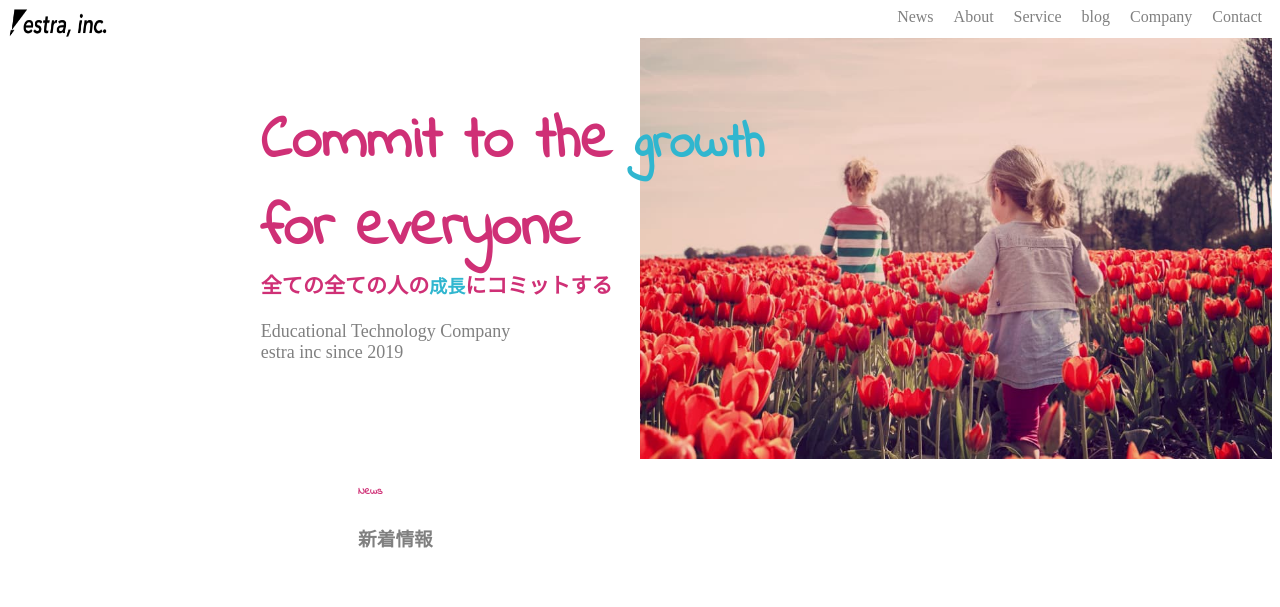
Repository: sigemasaasuka/20210902
Page: index.html
These files come from the project's save history. The page is drawn as it stood at one moment and after the next save; the edit follows.
The browser window is 1280 px wide. The pictures show the whole page.

Above is the page before, as saved 2021-09-09 13:01:19.

### index.html
<!DOCTYPE html>
<html lang="ja">

<head>
  <meta charset="UTF-8">
  <meta name="viewport" content="width=device-width, initial-scale=1.0">
  <title>Document</title>
  <link rel="stylesheet" href="css/style.css">
  <link rel="stylesheet" href="css/reset.css">
  <link rel="preconnect" href="https://fonts.googleapis.com">
  <link rel="preconnect" href="https://fonts.gstatic.com" crossorigin>
  <link href="https://fonts.googleapis.com/css2?family=Indie+Flower&display=swap" rel="stylesheet">
</head>

<body>
  <div class="flex">
    <img src="img/img/estra_logo.png" alt="estra_logo" width="100px" height="30px">
    <div class="parent">
      <div class="child">News</div>
      <div class="child">About</div>
      <div class="child">Service</div>
      <div class="child">blog</div>
      <div class="child">Company</div>
      <div class="child">Contact</div>

    </div>
  </div>
  <div class="relative">
    <img class="relative__img" src="img/img/firstview.jpg" alt="firstview">
    <div class="example">
      <h1>Commit to the <span class="document"> growth</span> <br>for everyone</h1>
    </div>
      <div class="second">
        <h3>全ての全ての人の<span class="second-txt">成長</span>にコミットする</h3>
        <p class="subtitle">Educational Technology Company<br>estra inc since 2019</p>
      </div>
    </div>
    <div class="smlltitle">
    <h6>News</h6>
    </div>
    <div class="list">
      <h3>新着情報</h3>
    </div>
   </div>
　</div>

</body>

</html>

### css/style.css
.img {
  text-align: left;
}

.parent {
  display: flex;
  text-align: right;
  color: gray;
}

.child {
  margin: 0 10px;
  font-weight: lighter;
}
.flex {
  display: flex;
  justify-content: space-between;
}

.relative {
  position: relative;
}

.relative__img {
  margin: 0 0 0 auto;
  display: block;
  width: 50%;
}

.example {
  position: absolute;
  top: 5%;
  left: 20%;
  font-size: 30px;
  color: #cf3076;
  font-family: "Indie Flower", cursive;
}

.document {
  top: 5%;
  left: 20%;
  font-size: 50px;
  color: #30b6cf;
  font-family: "Indie Flower", cursive;
}

.second {
  position: absolute;
  top: 50%;
  left: 20%;
  font-size: 18px;
  color: #cf3076;
}

.second-txt {
  top: 5s0%;
  left: 20%;
  font-size: 18px;
  color: #30b6cf;
}

.subtitle {
  color: gray;
  font-weight: lighter;
}

.smlltitle {
  color: #cf3076;
  font-family: "Indie Flower", cursive;
  margin-left: 350px;
}

.list {
  color: gray;
  margin-left: 350px;
}

Loaded but not shown: css/reset.css (empty)

After the next save:
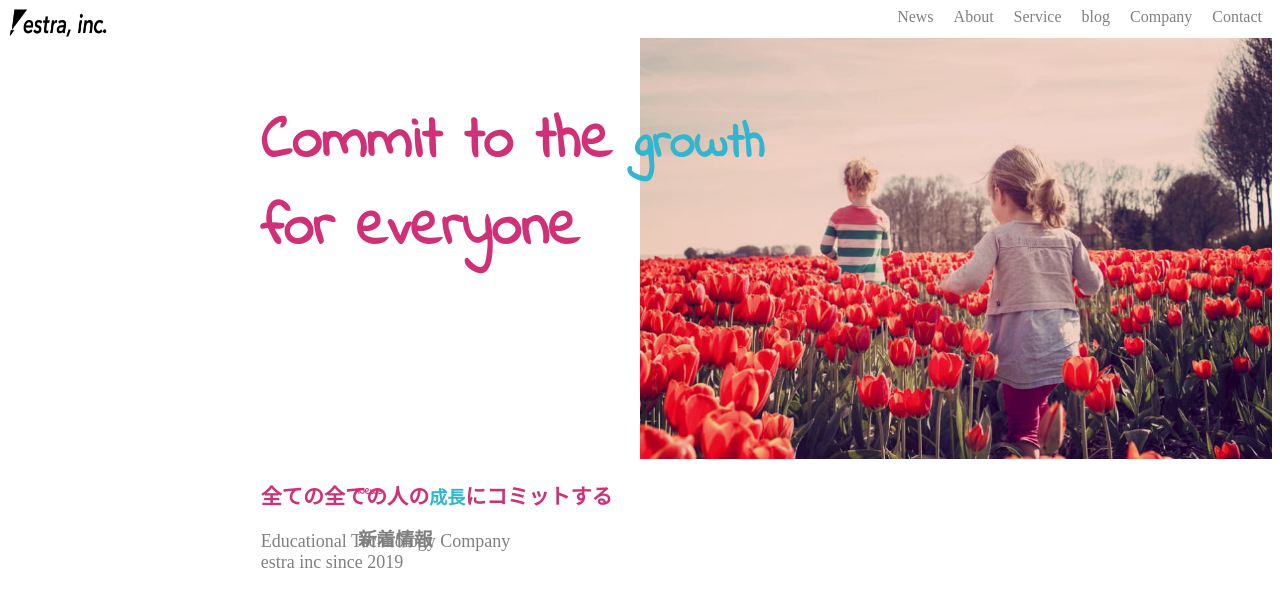
Saved 11 s later.
--- a/css/style.css
+++ b/css/style.css
@@ -46,7 +46,7 @@
 
 .second {
   position: absolute;
-  top: 50%;
+  top: 100%;
   left: 20%;
   font-size: 18px;
   color: #cf3076;

After the 3 saves that followed:
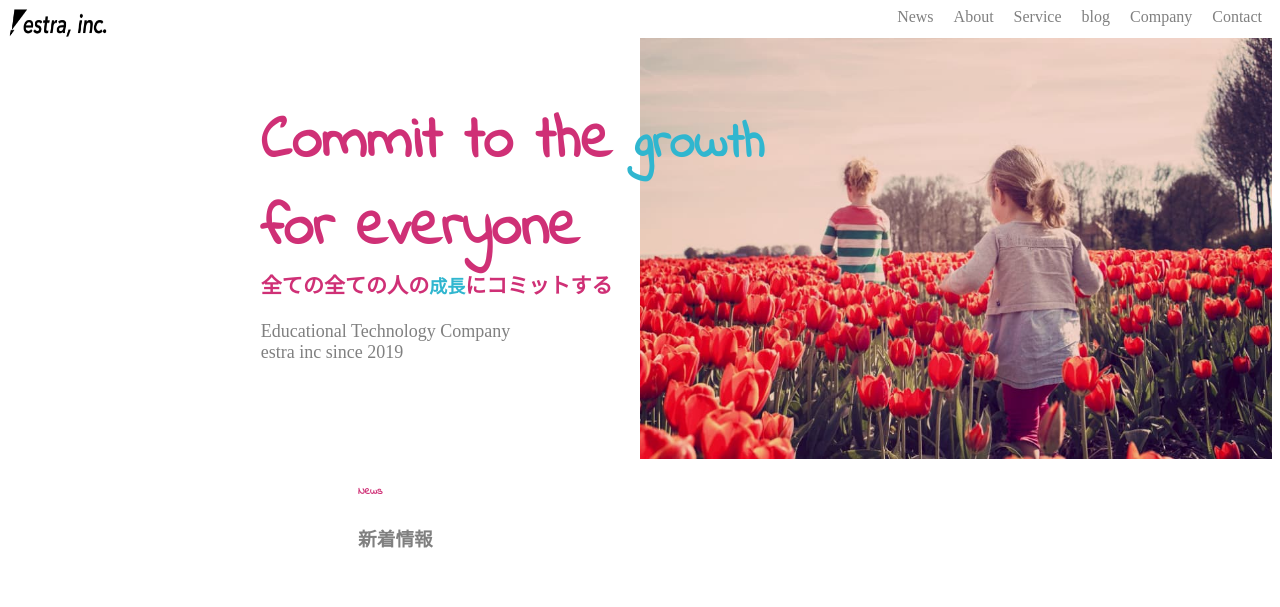
The 3 saves are shown as one change because 1 left the picture as it was and some came seconds apart.
The last was saved 26 s later.
--- a/css/style.css
+++ b/css/style.css
@@ -46,14 +46,14 @@
 
 .second {
   position: absolute;
-  top: 100%;
+  top: 50%;
   left: 20%;
   font-size: 18px;
   color: #cf3076;
 }
 
 .second-txt {
-  top: 5s0%;
+  top: 50%;
   left: 20%;
   font-size: 18px;
   color: #30b6cf;
